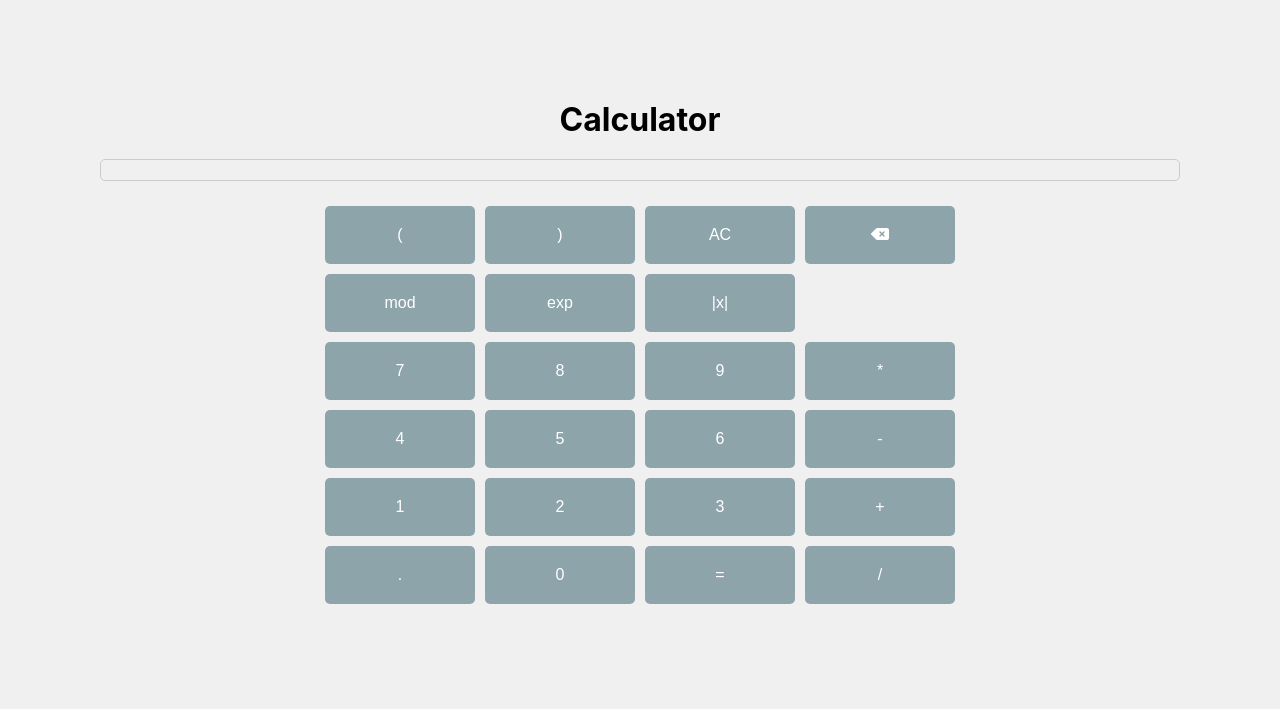
Repository: thesaherriaz/Calculator-React
Page: /
An editor plug-in stored every save of this project. The page is shown before and after a run of saves, followed by the edit.
The browser window is 1280 px wide. The pictures show the whole page.
The project was rebuilt for these pictures with package versions that can differ from the ones it lists, and the page was loaded fresh each time.

Above is the page before, as saved 2025-06-18 15:30:38.

After the next 3 saves:
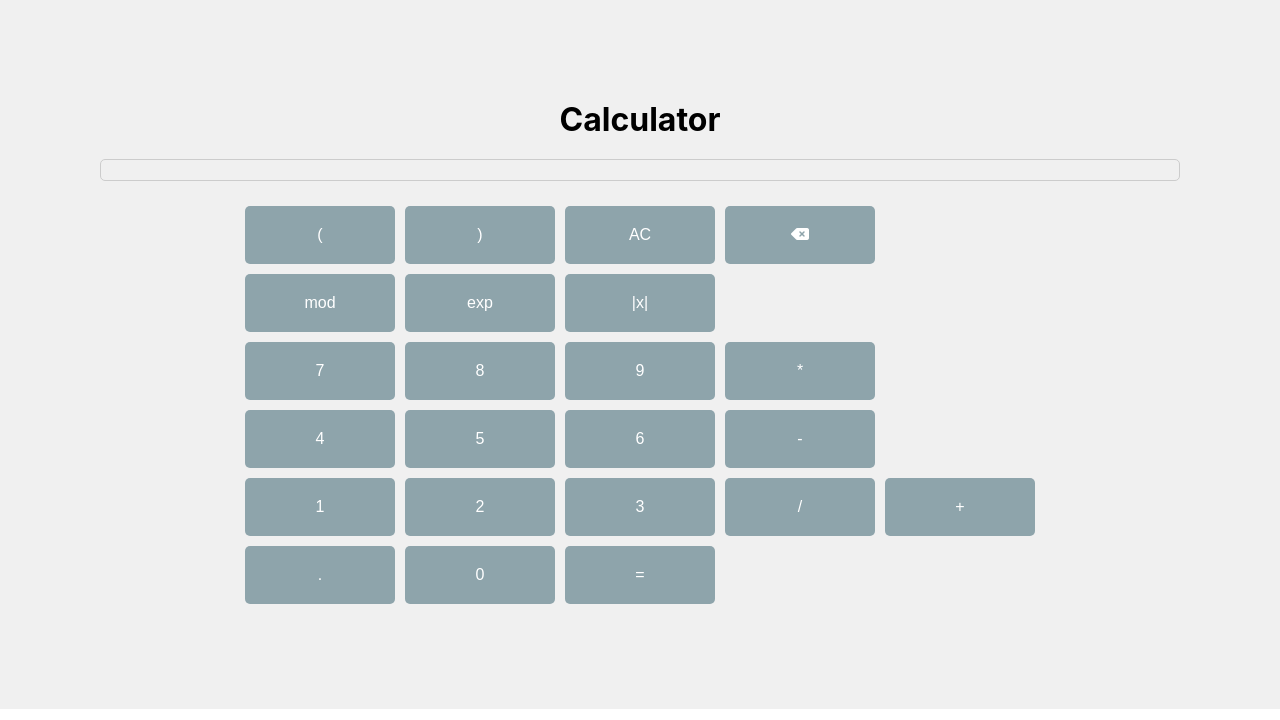
The 3 saves are shown as one change because they came seconds apart.
The last was saved 17 s later.
--- a/src/compnents/Calculator.jsx
+++ b/src/compnents/Calculator.jsx
@@ -49,11 +49,11 @@ function Calculator() {
                 <button className='btn-cal'onClick={handleClick('1')}>1</button>
                 <button className='btn-cal'onClick={handleClick('2')}>2</button>
                 <button className='btn-cal'onClick={handleClick('3')}>3</button>
+                <button className='btn-cal'onClick={handleClick('/')}>/</button>
                 <button className='btn-cal'onClick={handleClick('+')}>+</button> <br />
                 <button className='btn-cal'onClick={handleClick('.')}>.</button>
                 <button className='btn-cal'onClick={handleClick('0')}>0</button>
                 <button className='btn-cal'onClick={handleClick('=')}>=</button>
-                <button className='btn-cal'onClick={handleClick('/')}>/</button>
             </div>
         </div>
     </>
